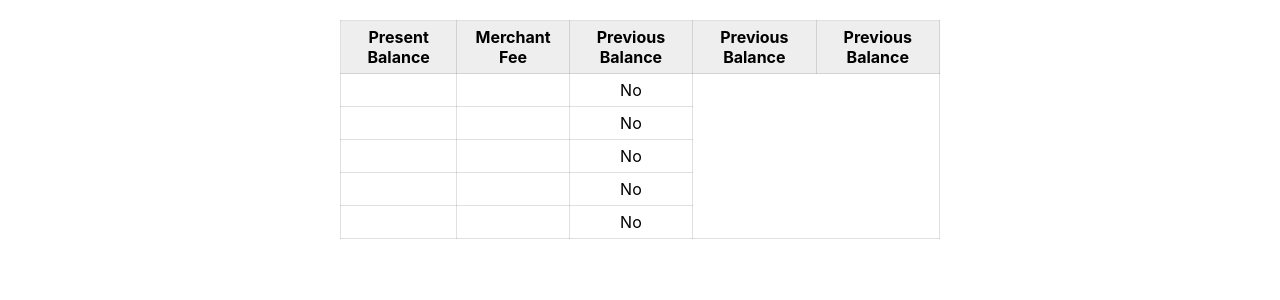
Repository: Anubhavgarg/pomelopay
Page: / (app in my-app/)
An editor plug-in stored every save of this project. The page is shown before and after the next save, followed by the edit.
The browser window is 1280 px wide. The pictures show the whole page.
The project was rebuilt for these pictures with package versions that can differ from the ones it lists, and the page was loaded fresh each time.

Above is the page before, as saved 2020-02-22 00:18:25.

### my-app/src/App.js
import React from 'react';
import './App.css';

function App() {
  const [itemList, setItemList] = React.useState({
    list: []
  });
  React.useEffect(() => {
    fetch('http://localhost:3000/App.json')
      .then(results => results.json())
      .then(data => {
        console.log("data:", data);
        setItemList({ ...itemList, list: data.response });
      });
  }, []);
  return (
    <div className="App">
      <table>
        <thead>
          <tr>
            <th>Present Balance</th>
            <th>Merchant Fee</th>
            <th>Previous Balance</th>
            <th>Previous Balance</th>
            <th>Previous Balance</th>
          </tr>
        </thead>
        <tbody>
          {
            itemList.list.map(item => {
              return (
                <tr key={item._id}>
                  <td>{item.name}</td>
                  <td>{item.rank}</td>
                  <td>{item.available ? "Yes" : "No"}</td>
                </tr>
              )
            })
          }

        </tbody>
      </table>
    </div>
  );
}

export default App;

### my-app/src/App.css
.App {
  text-align: center;
}

table{
  width: 100%;
  max-width: 600px;
  margin: 20px auto;
  border-collapse: collapse;
}

table, th, td {
  border: 1px solid rgba(102,102,102,0.2);
}
th,td{
  padding: 6px 10px;
}
th{
  background-color: #eee;
}

### my-app/public/App.json
{
    "response": [{
        "presentBalance": 10000,
        "merchantFee": 50,
        "previousBalance": 5000,
        "lastAmountDeducted": 5000,
        "deductBalance": 0
    }, {
        "presentBalance": 100000,
        "merchantFee": 50,
        "previousBalance": 5000,
        "lastAmountDeducted": 5000,
        "deductBalance": 0
    }, {
        "presentBalance": 50000,
        "merchantFee": 50,
        "previousBalance": 5000,
        "lastAmountDeducted": 5000,
        "deductBalance": 0
    }, {
        "presentBalance": 300000,
        "merchantFee": 50,
        "previousBalance": 5000,
        "lastAmountDeducted": 5000,
        "deductBalance": 0
    }, {
        "presentBalance": 34000,
        "merchantFee": 50,
        "previousBalance": 5000,
        "lastAmountDeducted": 5000,
        "deductBalance": 0
    }]
}

Loaded but not shown: my-app/public/index.html (common file); my-app/src/index.js (common file); my-app/src/index.css (common file); my-app/src/serviceWorker.js (common file)

After the next save:
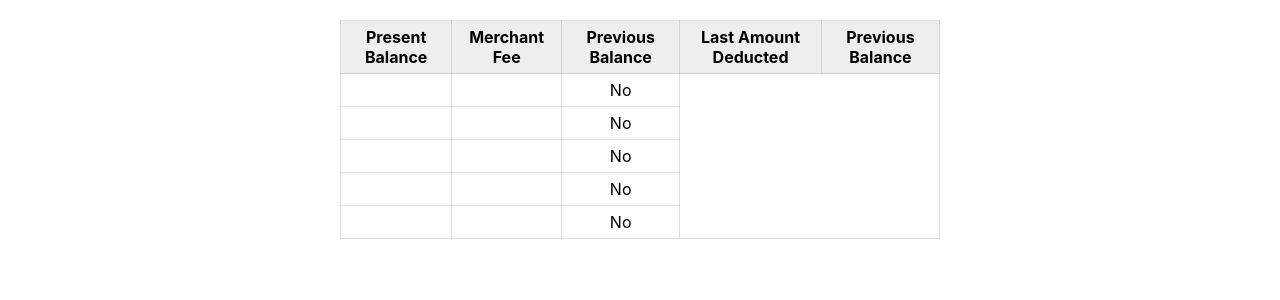
Saved 10 s later.
--- a/my-app/src/App.js
+++ b/my-app/src/App.js
@@ -21,7 +21,7 @@ function App() {
             <th>Present Balance</th>
             <th>Merchant Fee</th>
             <th>Previous Balance</th>
-            <th>Previous Balance</th>
+            <th>Last Amount Deducted</th>
             <th>Previous Balance</th>
           </tr>
         </thead>
